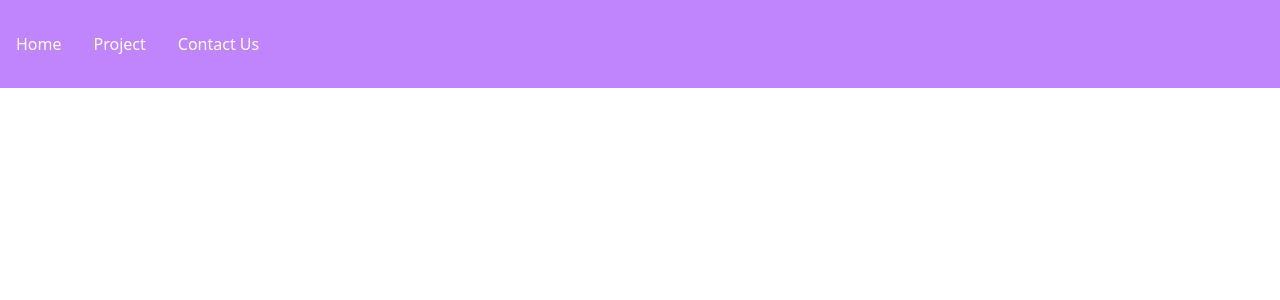
Repository: ashut6138/RozarpayClone
Page: Desktop/RozarpayClone/index.html
The author's editor kept a copy of each file at every save. The page is drawn from the files as they stood at one save, then again after a run of saves.
The browser window is 1280 px wide. The pictures show the whole page.
Some web libraries are served in a nearby version.

Above is the page before, as saved 2025-01-21 23:16:00.

After the next 3 saves:
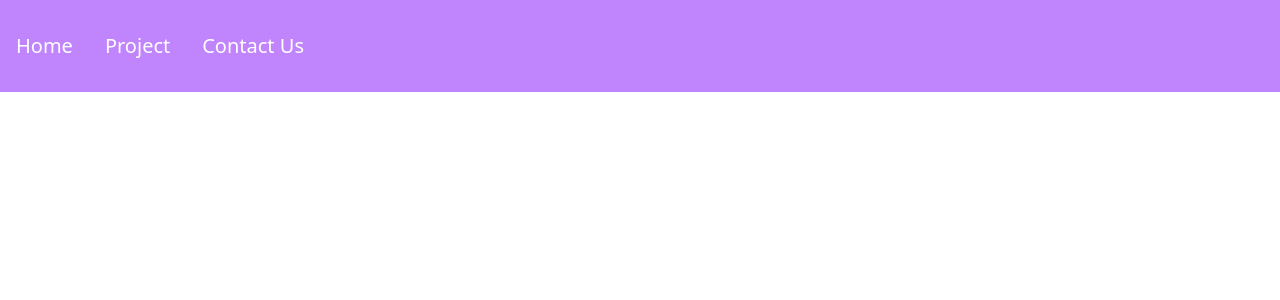
The 3 saves are shown as one change because they came seconds apart.
The last was saved 18 s later.
--- a/Desktop/RozarpayClone/index.html
+++ b/Desktop/RozarpayClone/index.html
@@ -10,9 +10,9 @@
 <body>
     <nav>
         <ul class="py-8 bg-purple-400 flex">
-            <li class="mx-4 text-white text-x1">Home</li>
-            <li class="mx-4 text-white text-x1">Project</li>
-            <li class="mx-4 text-white text-x1">Contact Us</li>
+            <li class="mx-4 text-white text-xl">Home</li>
+            <li class="mx-4 text-white text-xl">Project</li>
+            <li class="mx-4 text-white text-xl">Contact Us</li>
         </ul>
     </nav>
 
